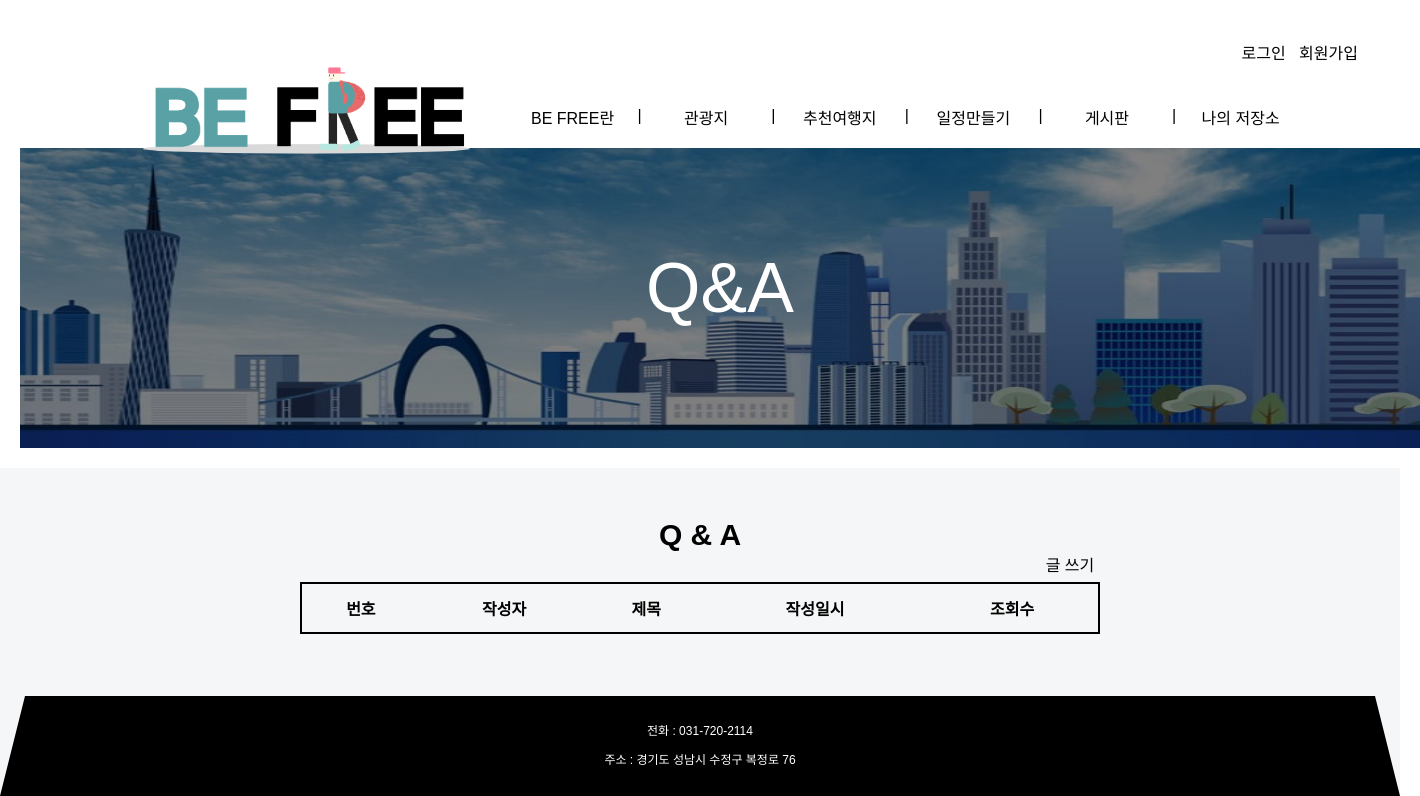
Repository: 1912087/Klavier_Piano
Page: http://localhost/notice/Q&A.jsp
The author's editor kept a copy of each file at every save. The page is drawn from the files as they stood at one save, then again after the next save.
The browser window is 1280 px wide. The page is 1420 px wide, so the pictures cover 1420 px, including what lies to the right of the window. The pictures show the whole page.
Backgrounds fixed to the window are drawn as part of the page. Some web fonts or font styles are not loaded; a fallback is used. The page is served by Tomcat 9. Queries for data that is not in the repository find no rows.

Above is the page before, as saved 2021-11-10 17:16:28.

After the next save:
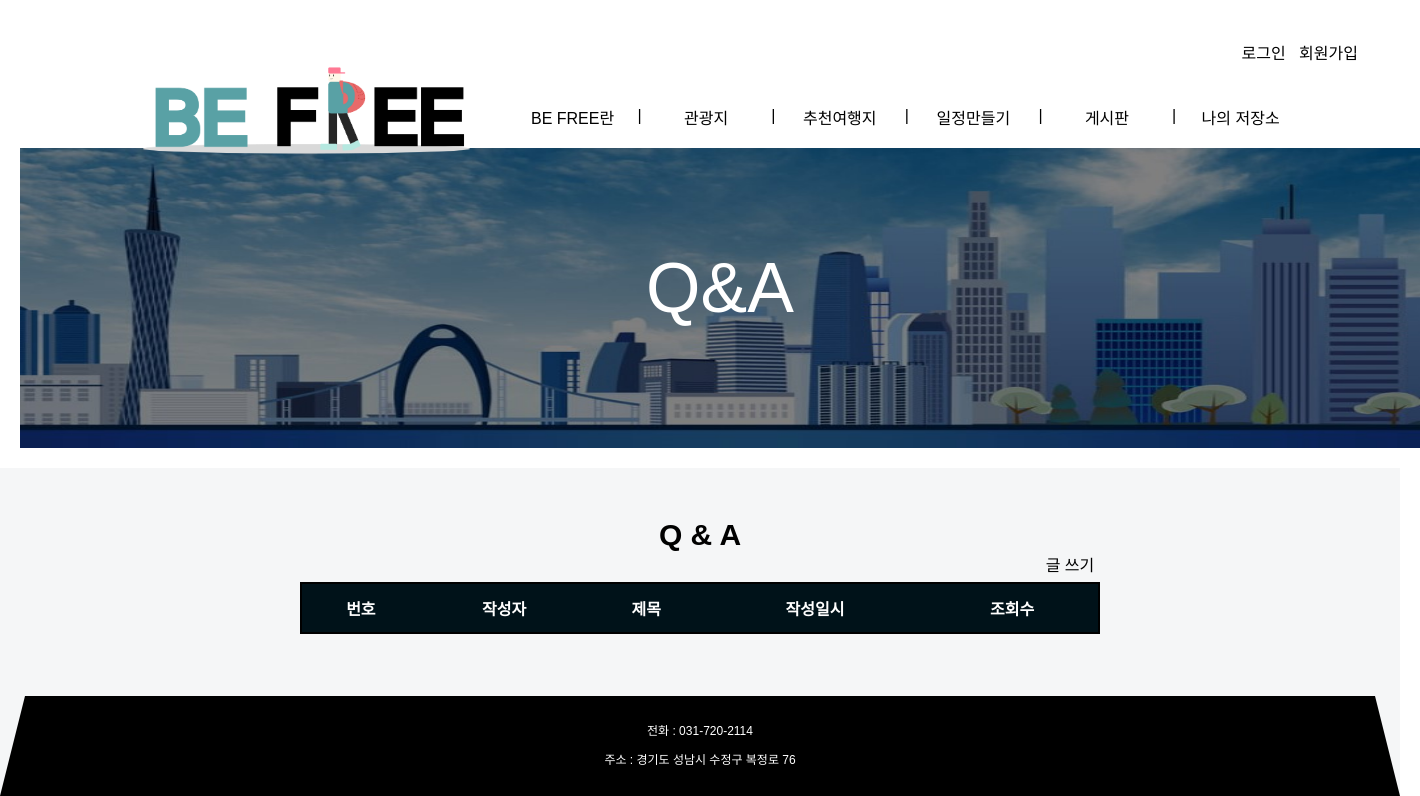
Saved 18 min 25 s later.
--- a/Notice/notice/WebContent/css/qa_design.css
+++ b/Notice/notice/WebContent/css/qa_design.css
@@ -332,6 +332,10 @@
             th{
                 border-bottom:1px solid black;
                 height:15px;
+                color: white;
+            }
+            thead{
+            	background: #001219;
             }
             td a:hover{color:gray; text-decoration:underline;}
 
